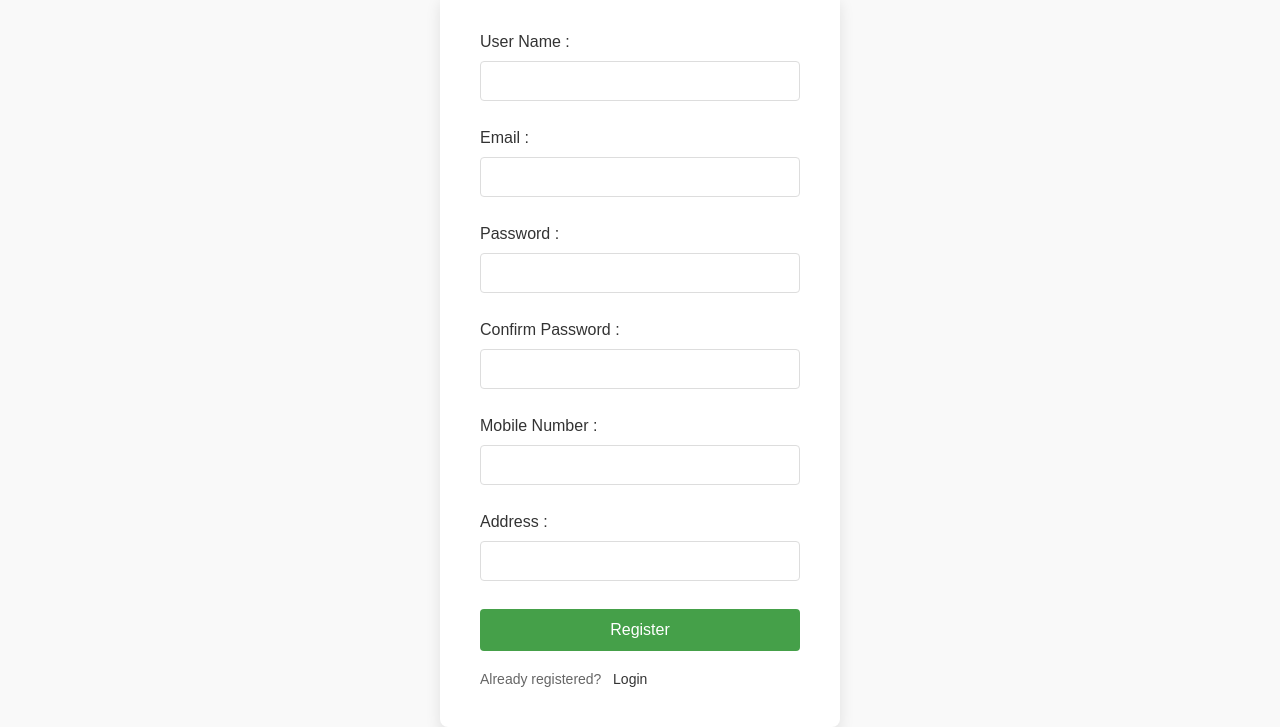
Repository: Sujith-B-S/Food-Application
Page: http://localhost/FoodApplication/register.jsp
The author's editor kept a copy of each file at every save. The page is drawn from the files as they stood at one save, then again after the next save.
The browser window is 1280 px wide. The pictures show the whole page.
The pointer rests on the first visible `input[type="submit"]`.
The page is served by Tomcat 9. Other server files are loaded and not shown.

Above is the page before, as saved 2024-11-13 13:58:51.

### FoodApplication/src/main/webapp/register.jsp
<%@ page language="java" contentType="text/html; charset=UTF-8" pageEncoding="UTF-8"%>
<!DOCTYPE html>
<html>
<head>
<meta charset="UTF-8">
<title>Register Page</title>
<style>
    /* Basic Reset */
    * {
        margin: 0;
        padding: 0;
        box-sizing: border-box;
    }

    body {
        display: flex;
        justify-content: center;
        align-items: center;
        height: 100vh;
        font-family: Arial, sans-serif;
        background-color: #f9f9f9;
        color: #333;
        transition: opacity 0.5s ease;
    }

    /* Animation for Fade In and Fade Out */
    .fade-out {
        opacity: 0;
        transition: opacity 0.5s ease;
    }

    /* Form Container */
    .register-container {
        background-color: white;
        padding: 40px;
        width: 400px;
        box-shadow: 0px 8px 15px rgba(0, 0, 0, 0.1);
        border-radius: 8px;
    }

    /* Error Message */
    .error-message {
        color: red;
        margin-bottom: 20px;
        font-size: 14px;
    }

    /* Form Fields */
    input[type="text"],
    input[type="password"] {
        width: 100%;
        padding: 10px;
        margin: 10px 0;
        border: 1px solid #ddd;
        border-radius: 4px;
        font-size: 16px;
    }

    /* Submit Button */
    input[type="submit"] {
        width: 100%;
        padding: 12px;
        background-color: #FF7F50;
        border: none;
        color: white;
        font-size: 16px;
        border-radius: 4px;
        cursor: pointer;
        transition: background-color 0.3s ease;
    }

    input[type="submit"]:hover {
        background-color: #45a049;
    }

    /* Register Link Animation */
    .footer-text {
        margin-top: 20px;
        font-size: 14px;
        color: #666;
    }

    .footer-text a {
        color: #333;
        text-decoration: none;
        transition: color 0.3s ease;
    }

    .footer-text a:hover {
        color: #4CAF50;
    }
</style>
<script>
    function fadeOut(event) {
        event.preventDefault();
        document.body.classList.add('fade-out');
        setTimeout(() => {
            window.location.href = event.target.href;
        }, 500); // Delay to allow fade-out to complete
    }
</script>
</head>
<body>

<div class="register-container">
    <% String errorMessage = (String) request.getAttribute("errorMessage"); %>
    <% if (errorMessage != null) { %>
        <p class="error-message"><%= errorMessage %></p>
    <% } %>

    <form action="validation" method="POST">
        User Name : <input type="text" name="name" required><br><br>
        Email : <input type="text" name="email" required><br><br>
        Password : <input type="password" name="password" required><br><br>
        Confirm Password : <input type="password" name="cpassword" required><br><br>
        Mobile Number : <input type="text" name="mobile" required><br><br>
        Address : <input type="text" name="address" required><br><br>
        <input type="submit" value="Register">
    </form>

    <p class="footer-text">
        Already registered? &nbsp;
        <a href="login.jsp" onclick="fadeOut(event)">Login</a>
    </p>
</div>

</body>
</html>

After the next save:
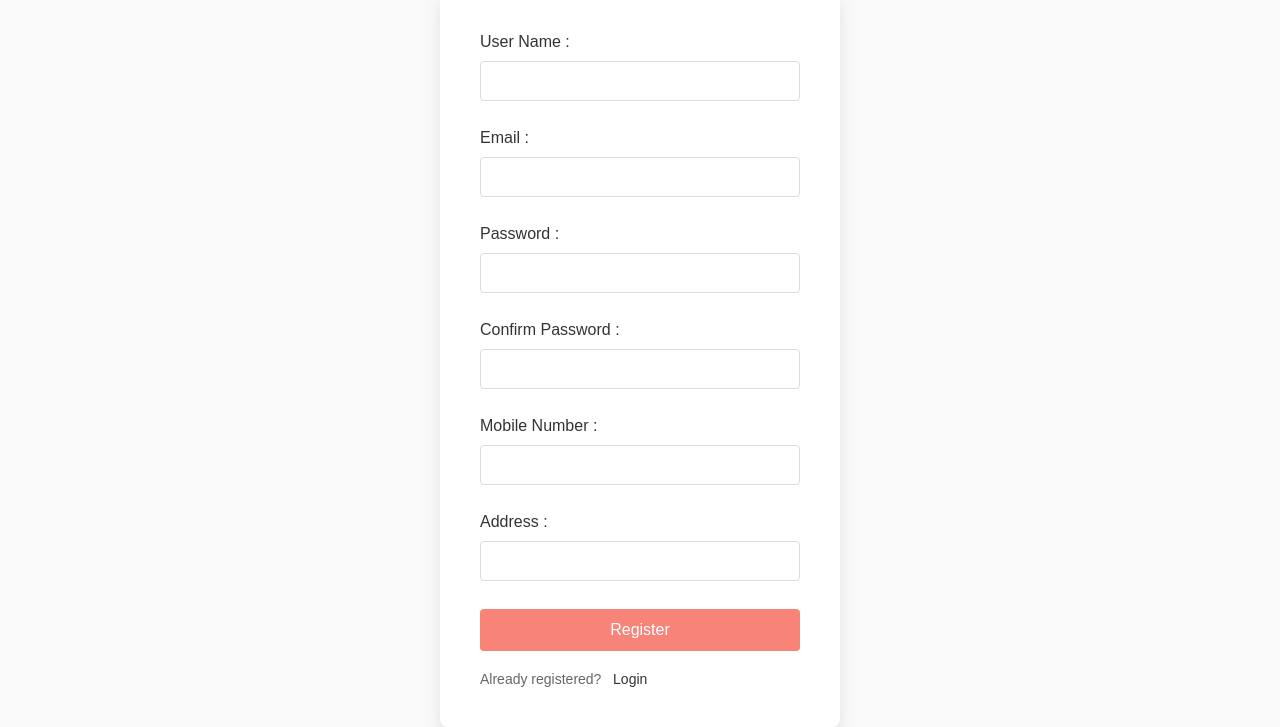
Saved 49 s later.
--- a/FoodApplication/src/main/webapp/register.jsp
+++ b/FoodApplication/src/main/webapp/register.jsp
@@ -70,7 +70,7 @@
     }
 
     input[type="submit"]:hover {
-        background-color: #45a049;
+        background-color: #F88379;
     }
 
     /* Register Link Animation */
